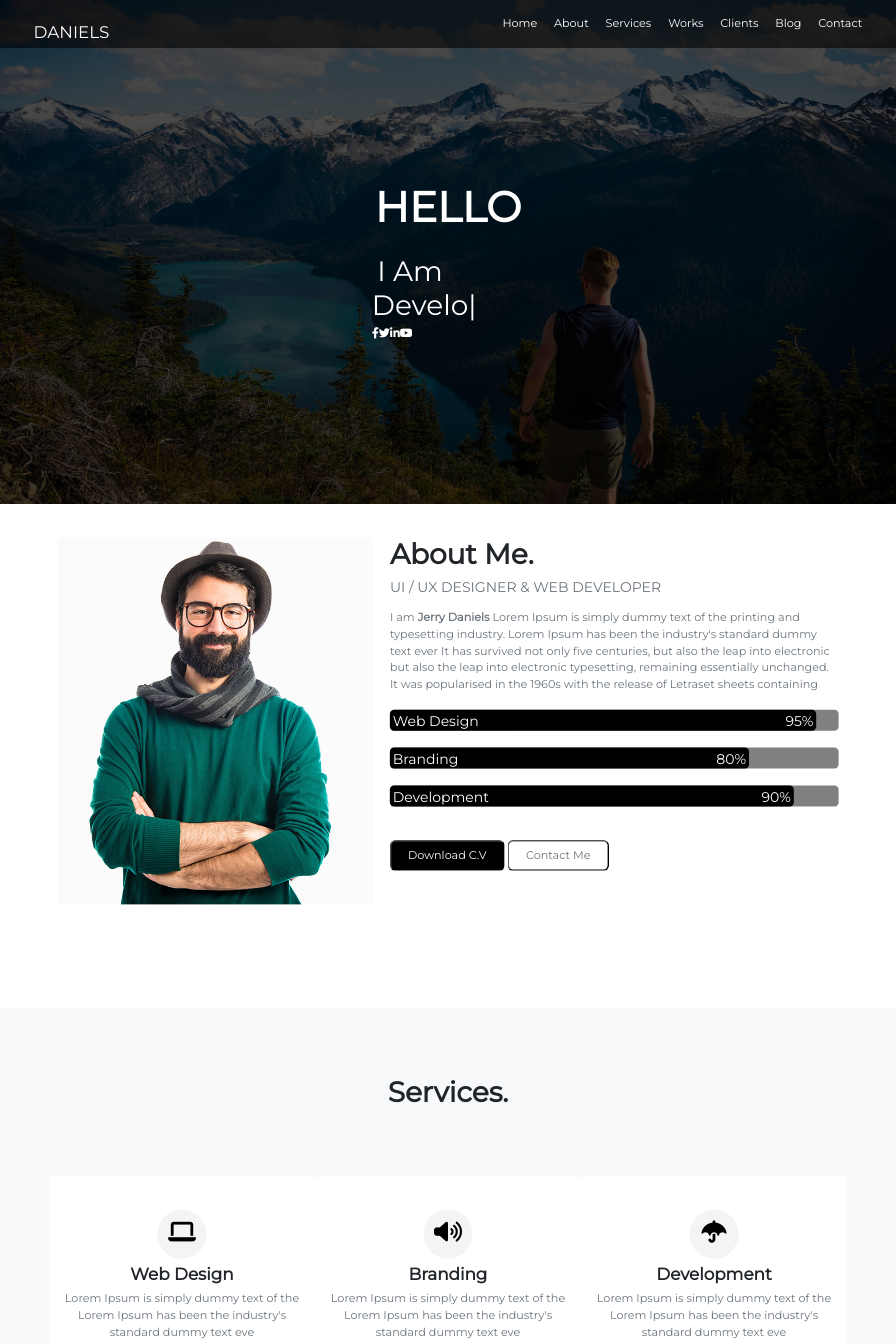
Repository: Souldeer0020/daniels-portofolio
Page: index.html
These files come from the project's save history. The page is drawn as it stood at one moment and after a run of saves; the edit follows.
The browser window is 1280 px wide. The pictures show the part of the page from y = 0 to 1920 px (the page is 5468 px tall), at 70% of full size.

Above is the page before, as saved 2024-07-14 00:01:02.

After the next 5 saves:
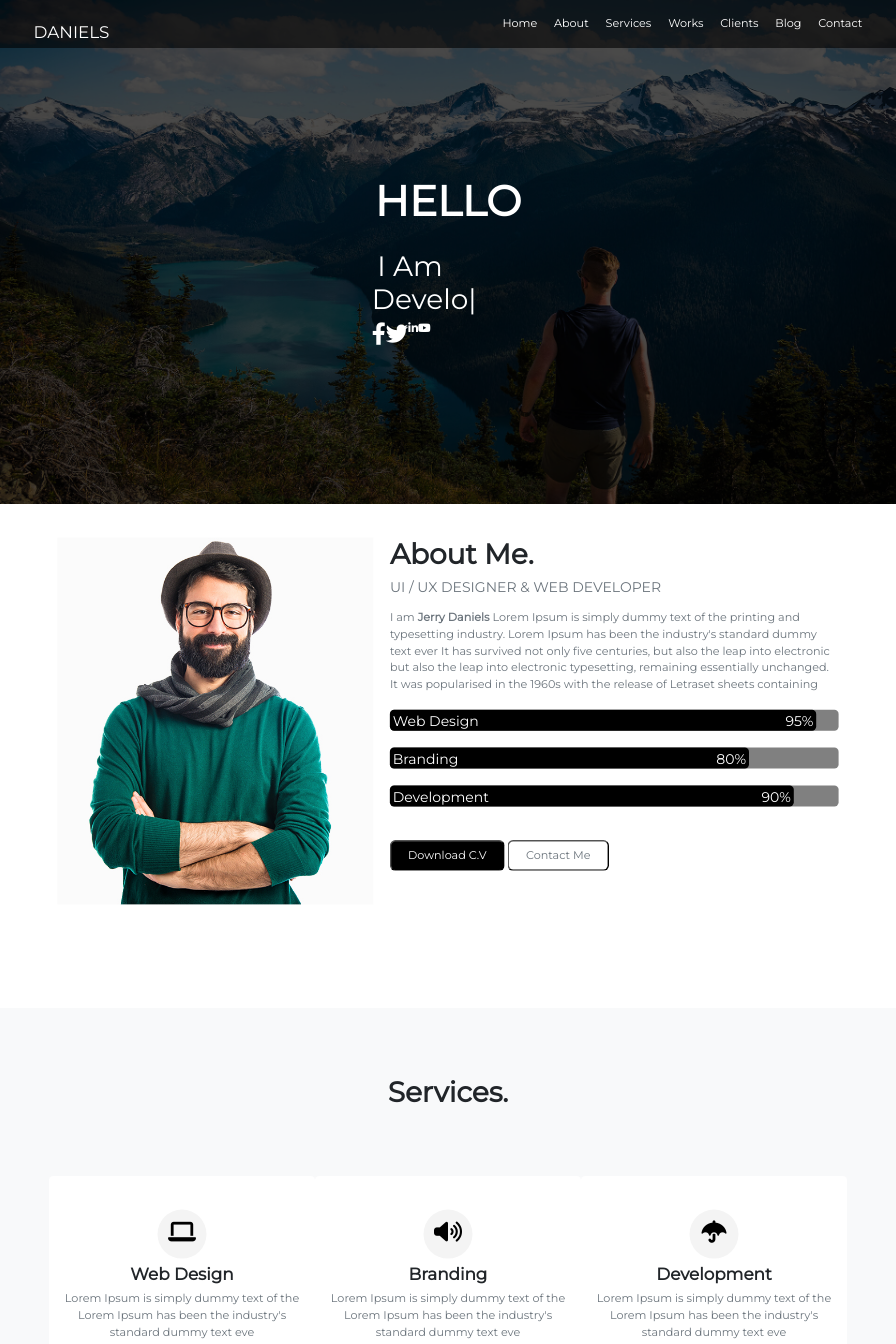
The 5 saves are shown as one change because they came seconds apart.
The last was saved 21 s later.
--- a/index.html
+++ b/index.html
@@ -25,8 +25,8 @@
                 <h1 class="py-md-4">HELLO</h1>
                 <h2 class="w-50">I Am</h2>
                 <div class="icons d-flex">
-                    <a href=""><i class=" fa-brands fa-facebook-f icon text-center d-flex justify-content-center align-items-center"></i></a>
-                    <a href=""><i class=" fa-brands fa-twitter icon text-center d-flex justify-content-center align-items-center"></i></a>
+                    <a href=""><i class=" fa-brands fa-facebook-f icon text-center d-flex justify-content-center align-items-center fs-2"></i></a>
+                    <a href=""><i class=" fa-brands fa-twitter icon text-center d-flex justify-content-center align-items-center fs-2"></i></a>
                     <a href=""><i class=" fa-brands fa-linkedin-in icon text-center d-flex justify-content-center align-items-center"></i></a>
 
                     <a href=""><i class=" fa-brands fa-youtube icon text-center d-flex justify-content-center align-items-center"></i></a>
